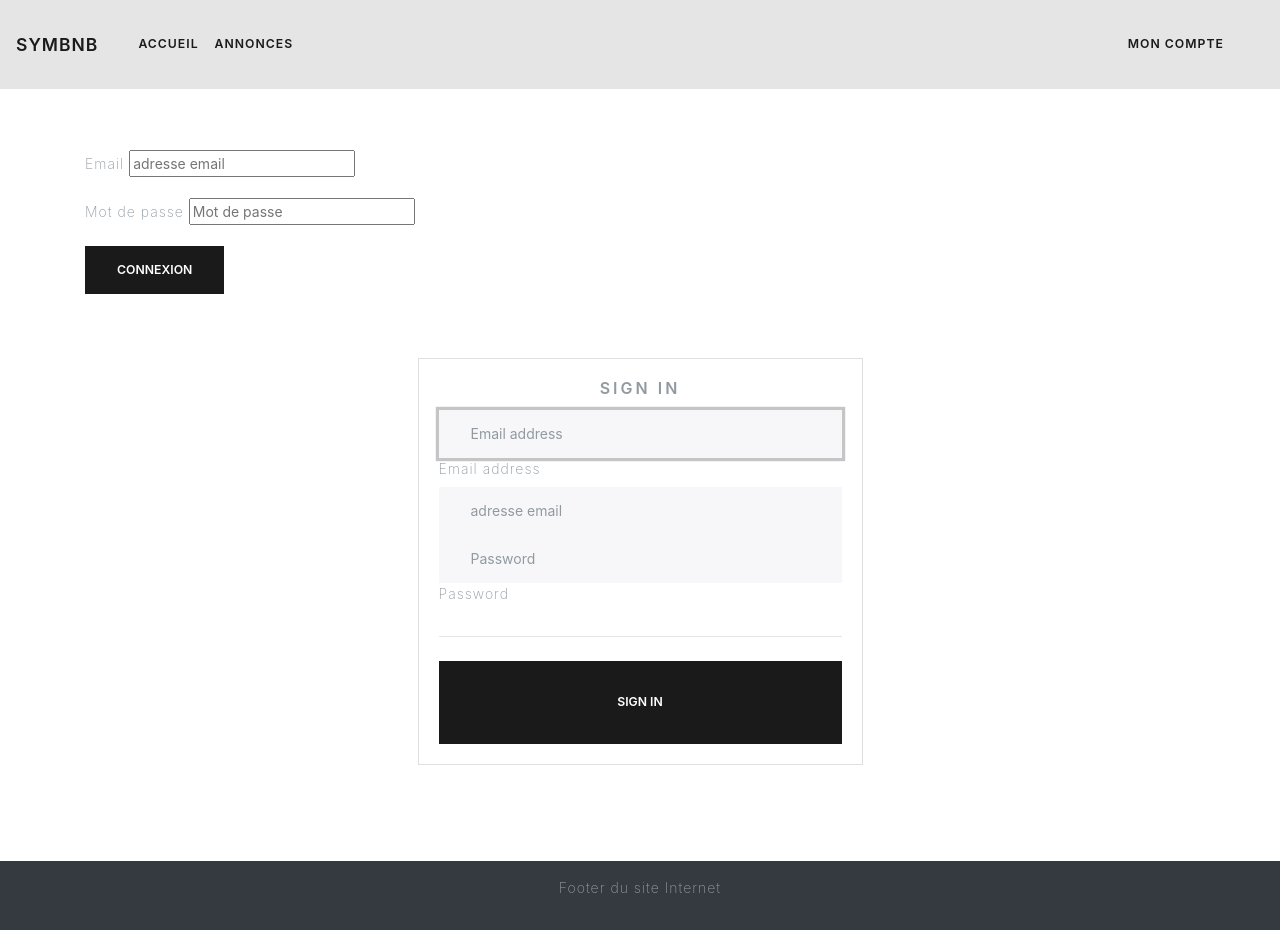
Repository: buzzEclair/symbnb
Page: templates/account/login.html.twig
The author's editor kept a copy of each file at every save. The page is drawn from the files as they stood at one save, then again after the next save.
The browser window is 1280 px wide. The pictures show the whole page.
Some web fonts or font styles are not loaded; a fallback is used. The page is a Twig template of a Symfony application; nobody is signed in and links lead nowhere. The template is opened directly, without the code that normally fills it, so the values that code supplies are empty.

Above is the page before, as saved 2019-03-03 17:04:26.

After the next save:
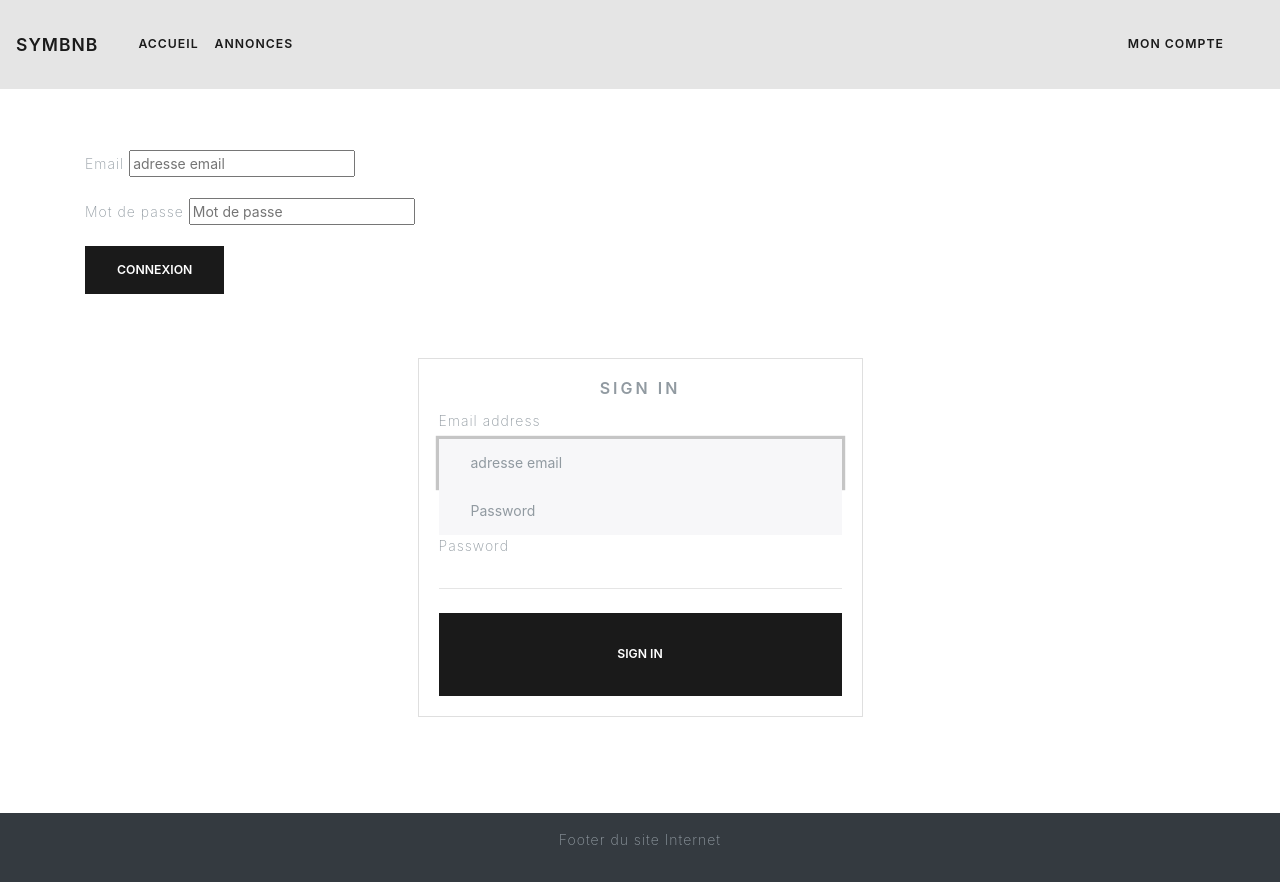
Saved 16 s later.
--- a/templates/account/login.html.twig
+++ b/templates/account/login.html.twig
@@ -24,8 +24,6 @@
             <h5 class="card-title text-center">Sign In</h5>
             <form class="form-signin">
             <div class="form-label-group">
-                <input type="email" id="inputEmail" class="form-control" placeholder="Email address" required autofocus>
-
                 <label for="email">Email address</label>
 
                 <input type="text" class="form-control" name="_username" id="email" placeholder="adresse email" autofocus>
